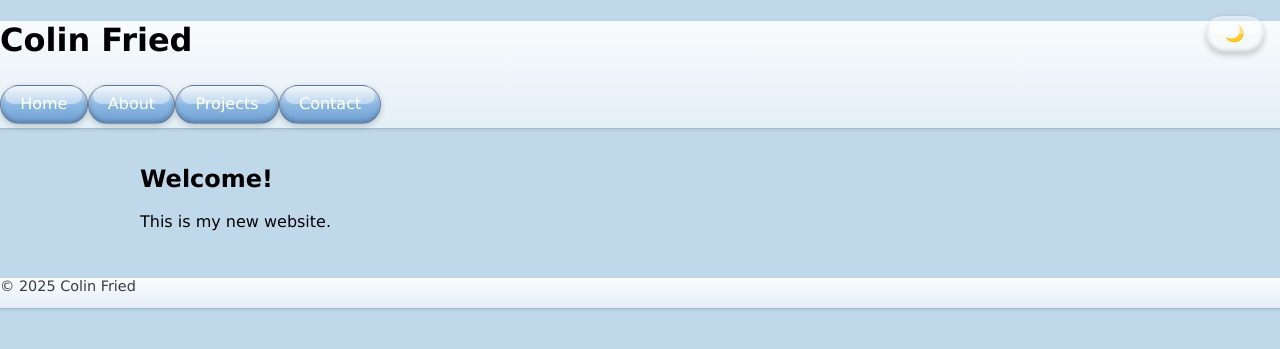
Repository: colinfdsaui/colin
Page: website.html
The author's editor kept a copy of each file at every save. The page is drawn from the files as they stood at one save, then again after the next save.
The browser window is 1280 px wide. The pictures show the whole page.

Above is the page before, as saved 2025-07-09 08:52:15.

### website.html
<!DOCTYPE html>
<html lang="en">
<link rel="stylesheet" href="styles.css">

<head>
    <meta charset="UTF-8"/>
    <meta name="viewport" content="width=device-width, initial-scale=1.0"/>
    <title>My Website</title>
    <link rel="stylesheet" href="styles.css"/>
    <!-- Global MathJax config -->
<script>
  window.MathJax = {
    tex: {
      inlineMath: [['$', '$'], ['\\(', '\\)']],
      displayMath: [['\\[', '\\]'], ['$$', '$$']],
      processEscapes: true
    },
    svg: { fontCache: 'global' }
  };
</script>

<!-- Load MathJax v3 -->
<script src="https://cdn.jsdelivr.net/npm/mathjax@3/es5/tex-svg.js" defer></script>

</head>
<body>

<!-- Header / Nav -->
<header>
    <h1>Colin Fried</h1>
    <nav>
        <ul class="nav-links">
            <li><a class="active" href="website.html">Home</a></li>
            <li><a href="about.html">About</a></li>
            <li><a href="projects.html">Projects</a></li>
            <li><a href="test.html">Contact</a></li>
            <button id="theme-toggle" aria-label="Toggle dark mode">
          🌙
        </button>
        </ul>
    </nav>

</header>

<!-- Main Content-->
<main>
    <section id="hero">
        <h2>Welcome!</h2>
        <p>This is my new website.</p>
    </section>
</main>

<!-- Footer -->
<footer>
    <p> © 2025 Colin Fried</p>
</footer>

<body>
</html>

### styles.css
/* ====================
   Global & layout
   ==================== */

/* 1) Define your palette once, at the top of your main stylesheet */
/* ─── Light (default) ───────────────────────────────────────────────────────── */
:root {
  --color-bg-primary:      #c0d9ea;
  --color-bg-secondary:    #e3eff7;
  --color-bg-highlight:    #fffffd;
  --color-accent:          #8db9e3;
  --color-accent-dark:     #6b8cb4;
  --color-text-primary:    #000000;
  --color-text-secondary:  #3b3b3b;
  --color-text-inverse:    #ffffff;
  --color-border:          #a0c0d2;
  --color-shadow:          rgba(0,0,0,0.1);
}

/* ─── Dark theme overrides ──────────────────────────────────────────────────── */
html[data-theme="dark"] {
  --color-bg-primary:      #1a1d23;   /* nearly black */
  --color-bg-secondary:    #242830;   /* dark slate */
  --color-bg-highlight:    #2e3140;   /* surfaces */
  --color-accent:          #2a72b5;   /* deeper blue */
  --color-accent-dark:     #1f4e7a;   /* hover/dark accent */
  --color-text-primary:    #e0e2e8;   /* light gray */
  --color-text-secondary:  #a0a3ae;   /* mid gray */
  --color-text-inverse:    #000000;   /* for buttons on dark bg */
  --color-border:          #3a3e50;   /* subtle divider */
  --color-shadow:          rgba(0,0,0,0.5);
}

#theme-toggle {
  position: fixed;
  top: 1rem;
  right: 1rem;
  background: transparent;
  border: none;
  font-size: 1.rem;
  cursor: pointer;
  color: var(--color-text-primary);
}

body {
  margin:            0;
  padding:           0;
  font-family:       "Lucida Grande", -apple-system, BlinkMacSystemFont, sans-serif;
  background-color:  var(--color-bg-primary);
  color:             var(--color-text-primary);
}

/* Header & Footer with gradient, borders & shadow */
header,
footer {
  background-color:  var(--color-bg-secondary);
  background-image:  linear-gradient(
                       to bottom,
                       rgba(255,255,255,0.8),
                       var(--color-bg-secondary)
                     );
  background-repeat: no-repeat;
  background-size:   cover;
  border-bottom:     1px solid var(--color-border);
  box-shadow:        0 1px 3px var(--color-shadow);
}

nav ul {
  list-style-type: none;
  margin: 0;
  padding: 0;
  display: flex;
  justify-content: left;
}

main {
  padding:    1rem;
  max-width:  1000px;
  margin:     auto;
}

footer {
  font-size:    0.9rem;
  color:        var(--color-text-secondary);
}

/* ====================
   Links as Buttons
   ==================== */

/* Turn every <a> into a button */
a {
  display:          inline-block;
  padding:          0.5em 1em;
  margin:           0.25em 0;
  background-color: var(--color-accent);
  color:            var(--color-text-inverse);
  text-decoration:  none;
  border:           1px solid var(--color-accent-dark);
  border-radius:    4px;
  font-family:      inherit;
  font-size:        1rem;
  line-height:      1.2;
  cursor:           pointer;
  box-shadow:       0 1px 2px var(--color-shadow);
  transition:       background-color 0.2s ease,
                    transform        0.1s ease;
}

/* ====================
   Aqua‑style pill buttons for <a>
   ==================== */
a {
  /* Reset/link basics */
  display:          inline-block;
  position:         relative;      /* for ::before */
  text-decoration:  none;
  color:            var(--color-text-inverse);
  font-family:      inherit;
  font-size:        1rem;
  line-height:      1.5;
  padding:          0.4em 1.2em;   /* taller for pill shape */
  margin:           0.25em 0;

  /* Pill shape + border */
  border-radius:    9999px;
  border:           1px solid rgba(75, 93, 132, 0.6);

  /* Gradient background: top → mid → bottom */
  background-image:
    linear-gradient(
      to bottom,
      rgba(255,255,255,0.8) 0%,       /* bright top */
      rgba(141,185,227,0.9) 50%,      /* mid‑blue */
      rgba(110,160,210,1) 100%        /* darker bottom */
    );

  /* Depth: inner shadow + outer glow */
  box-shadow:
    inset 0 1px 1px rgba(255,255,255,0.6),   /* light inner highlight */
    inset 0 -2px 4px rgba(0,0,0,0.2),        /* dark inner shadow */
    0 2px 6px rgba(0,0,0,0.2);               /* outer drop shadow */

  cursor:           pointer;
  transition:       transform 0.1s ease,
                    box-shadow 0.2s ease;
}

/* the glossy “shine” stripe */
a::before {
  content: "";
  position: absolute;
  top:    4%;
  left:   5%;
  width:  90%;
  height: 45%;
  border-radius: inherit;
  background: rgba(255, 255, 255, 0.4);
}

/* hover / focus lift */
a:hover,
a:focus {
  transform: translateY(-1px);
  box-shadow:
    inset 0 1px 1px rgba(255,255,255,0.6),
    inset 0 -2px 4px rgba(0,0,0,0.3),
    0 4px 8px rgba(0,0,0,0.25);
}

/* active (pressed‑in) state */
a:active {
  transform: translateY(0);
  box-shadow:
    inset 0 1px 2px rgba(0,0,0,0.2),
    0 1px 3px rgba(0,0,0,0.15);
}

/* ====================
   Global Button Styles (apply to every <button>)
   ==================== */
button {
  background-image:
    linear-gradient(
      to bottom,
      rgba(255,255,255,0.8) 0%,
      rgba(141,185,227,0.9) 50%,
      rgba(110,160,210,1)   100%
    );
  color:            var(--color-text-inverse);
  border:           1px solid rgba(75, 93, 132, 0.6);
  border-radius:    9999px;
  padding:          0.4em 1.2em;
  font-family:      inherit;
  font-size:        1rem;
  line-height:      1.5;
  cursor:           pointer;
  position:         relative;
  box-shadow:
    inset 0 1px 1px rgba(255,255,255,0.6),
    inset 0 -2px 4px rgba(0,0,0,0.2),
    0 2px 6px rgba(0,0,0,0.2);
  transition:       transform 0.1s ease, box-shadow 0.2s ease;
}

button::before {
  content: "";
  position: absolute;
  top:    4%;
  left:   5%;
  width:  90%;
  height: 45%;
  border-radius: inherit;
  background: rgba(255,255,255,0.4);
}

button:hover,
button:focus {
  transform: translateY(-1px);
  box-shadow:
    inset 0 1px 1px rgba(255,255,255,0.6),
    inset 0 -2px 4px rgba(0,0,0,0.3),
    0 4px 8px rgba(0,0,0,0.25);
}

button:active {
  transform: translateY(0);
  box-shadow:
    inset 0 1px 2px rgba(0,0,0,0.2),
    0 1px 3px rgba(0,0,0,0.15);
}

.panel {
  background-color: var(--color-bg-highlight);
  border:           1px solid var(--color-border);
  padding:          1em;
  border-radius:    6px;
}

/* ====================
   Flipbook container (existing)
   ==================== */
#flipbook,
#flipbook-wrapper {
  width:       800px;
  height:      600px;
  margin:      2rem auto;
  overflow:    hidden;
  background:  var(--color-bg-primary);
  border:      1px solid var(--color-border);
  box-shadow:  0 2px 4px var(--color-shadow);
}

/* scoped only to that instance */
#flipbook-wrapper.custom-bg #flipbook {
  background: url("pages/dust_jacket_front.png");
  background-size: contain;
}


#flipbook .page {
  width:         50%;
  height:        100%;
  float:         left;
  overflow:      hidden;
  background:    var(--color-bg-highlight);
  border-right:  1px solid var(--color-border);
  border: 1px solid rgba(0, 0, 0, 0.05); /* soft edge */
}

#flipbook .page.dummy {
  background: empty;
  pointer-events: none;
}

#flipbook .page img {
  width:       100%;
  height:      100%;
  object-fit:  scale;
  transition:  transform 0.3s ease;
}

/* Zoomed page image */
#flipbook .page img.zoomed {
  transform: scale(2);
  cursor:    zoom-out;
}

/* Full-screen zoom modal */
#zoom-modal {
  display:         none;
  position:        fixed;
  inset:           0;
  background:      rgba(0, 0, 0, 0.8);
  z-index:         9999;
  align-items:     center;
  justify-content: center;
  overflow:        auto;
}

#zoom-modal img {
  width:       150%;
  height:      150%;
  transform:   translate(-15%);
  object-fit:  contain;
}

.flipbook-controls {
  display:        flex;
  justify-content: center;  /* center items horizontally */
  align-items:    center;    /* center items vertically */
  flex-wrap:      wrap;      /* allow items to wrap onto multiple lines */
  gap:            0.5rem;    /* space between items */
  margin:         1rem 0;    /* optional vertical spacing around the controls */
}

/* Optional: normalize spacing on every direct child (buttons, inputs, labels) */
.flipbook-controls > * {
  margin: 0.25rem;
}

/* ── Shelf Container ───────────────────────────────────────────────────────── */
.shelf {
  position:       relative;
  padding-bottom: 3rem;  /* room for the plank thickness + shadow */
  margin:         2rem 0;
  perspective:    200px; /* optional for subtle depth */
}

/* Front plank face */
.shelf::before {
  content:        "";
  position:       absolute;
  bottom:         0;
  left:           0%;
  width:          101%;
  height:         1.5rem;   /* thickness of the shelf */
  background:     var(--color-accent-dark);
  border-radius:  2px 2px 6px 6px;
  box-shadow:
    0 2px 4px rgba(0,0,0,0.3),    /* cast shadow below */
    inset 0 2px 4px rgba(255,255,255,0.2); /* light highlight at top edge */
  z-index:        1;
}

/* ── Shelf Plank ───────────────────────────────────────────────────────────── */
.shelf::after {
  content:        "";
  position:       absolute;
  bottom:         1.5rem;  /* sit directly on top of ::before */
  left:           0.5%;
  width:          100%;
  height:         0.5rem;  /* the “lid” thickness */
  background:     linear-gradient(
                    to bottom,
                    rgba(255,255,255,0.6),
                    var(--color-accent)
                  );
  border-radius:  6px 6px 0 0;
  box-shadow:
    inset 0 -1px 2px rgba(0,0,0,0.2); /* subtle inner shadow */
  z-index:        2;
}
/* ── Cover Gallery ─────────────────────────────────────────────────────────── */
.book-grid {
  display:            grid;
  grid-template-columns: repeat(auto-fill, minmax(160px, 1fr));
  gap:                1rem 2rem;
  padding:            2rem;
  justify-items:      center;
  z-index:  1;
}

.book-item {
  display:            flex;
  flex-direction:     column;
  align-items:        center;
  text-decoration:    none;
  color:              var(--color-text-primary);
  transition:         transform 0.2s ease, box-shadow 0.2s ease;
  background:      none !important;
  border:          none !important;
  box-shadow:      none !important;
  padding:         0 !important;
  position:        static !important;  /* neutralize position:relative */
  margin-bottom:  -3rem;     /* pulls the image down onto the shelf */
  transition:     transform 0.2s ease;
}
/* Remove the glossy pseudo‑element */
.book-item::before {
  content:        none !important;
}

.book-item img {
  width:              100%;
  height:             auto;
  max-height:         250px; /* adjust to preference */
  object-fit:         cover;
  border:             1px solid var(--color-border);
  box-shadow:         0 8px 8px rgba(0,0,0,0.1);
  border-radius:      5px;
}

.book-item .book-title {
  margin-top:         0.5rem;
  font-size:          0.9rem;
  text-align:         center;
}

.book-item:hover {
  transform:          translateY(-4px);
  box-shadow:         0 8px 16px rgba(0,0,0,0.15);
  transform: translateY(-4px);
  transform: scale(1.1);
  z-index: 10;
}

After the next save:
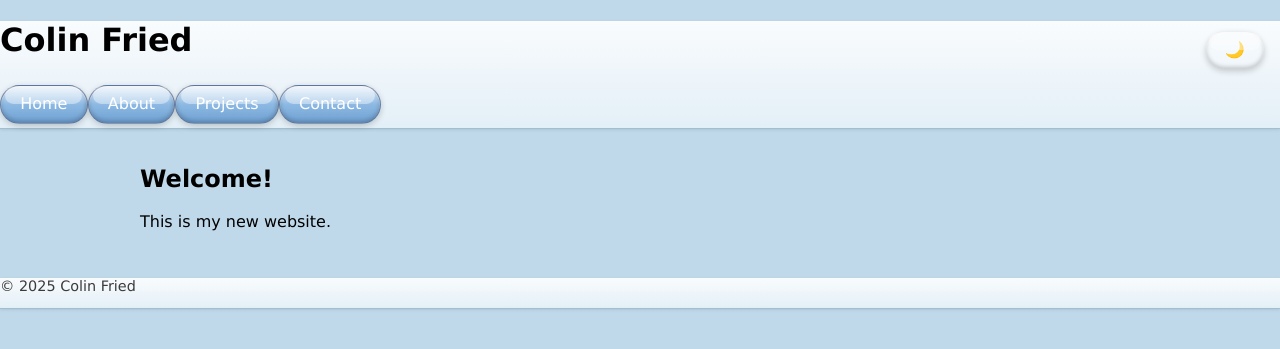
Saved 5 s later.
--- a/styles.css
+++ b/styles.css
@@ -33,7 +33,7 @@ html[data-theme="dark"] {
 
 #theme-toggle {
   position: fixed;
-  top: 1rem;
+  top: 2rem;
   right: 1rem;
   background: transparent;
   border: none;
